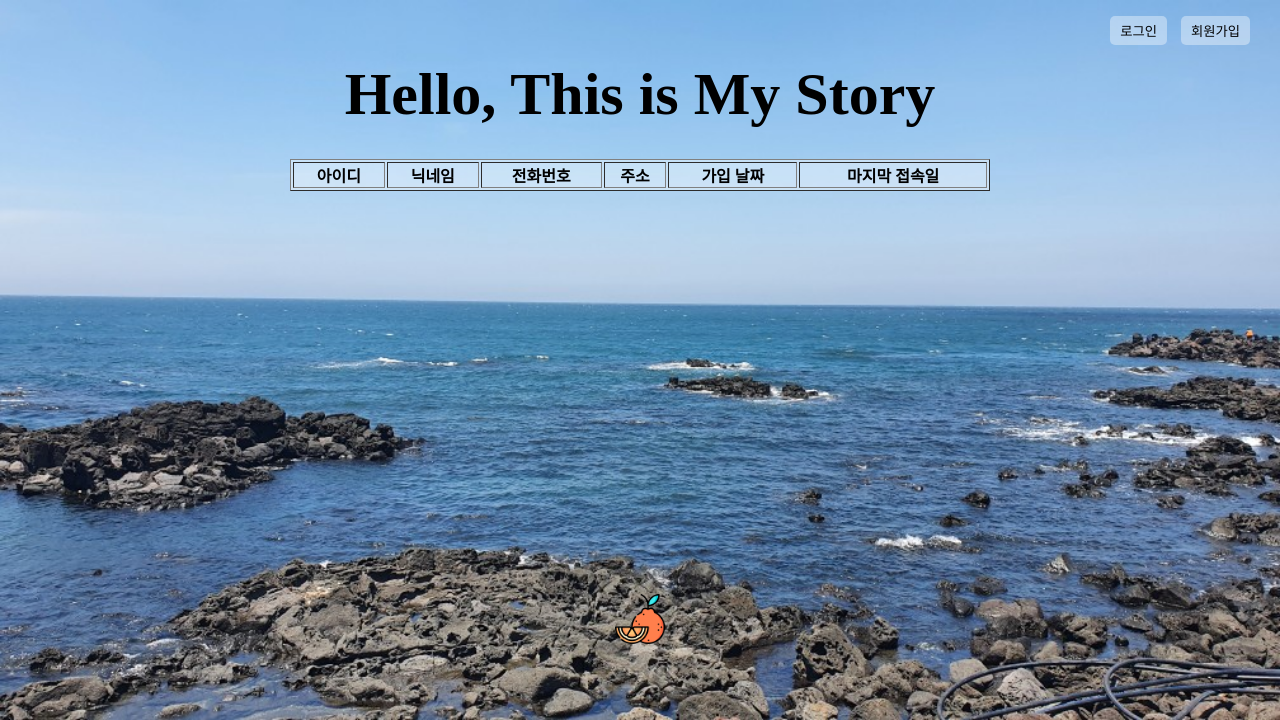
Repository: jeeniii/test2022_12_29
Page: http://localhost/portfolio/member/list.jsp
These files come from the project's save history. The page is drawn as it stood at one moment and after the next save; the edit follows.
The browser window is 1280 px wide. The pictures show the whole page.
The page is served by Tomcat 9. The template is opened directly, without the code that normally fills it, so the values that code supplies are empty.

Above is the page before, as saved 2022-12-14 00:57:49.

After the next save:
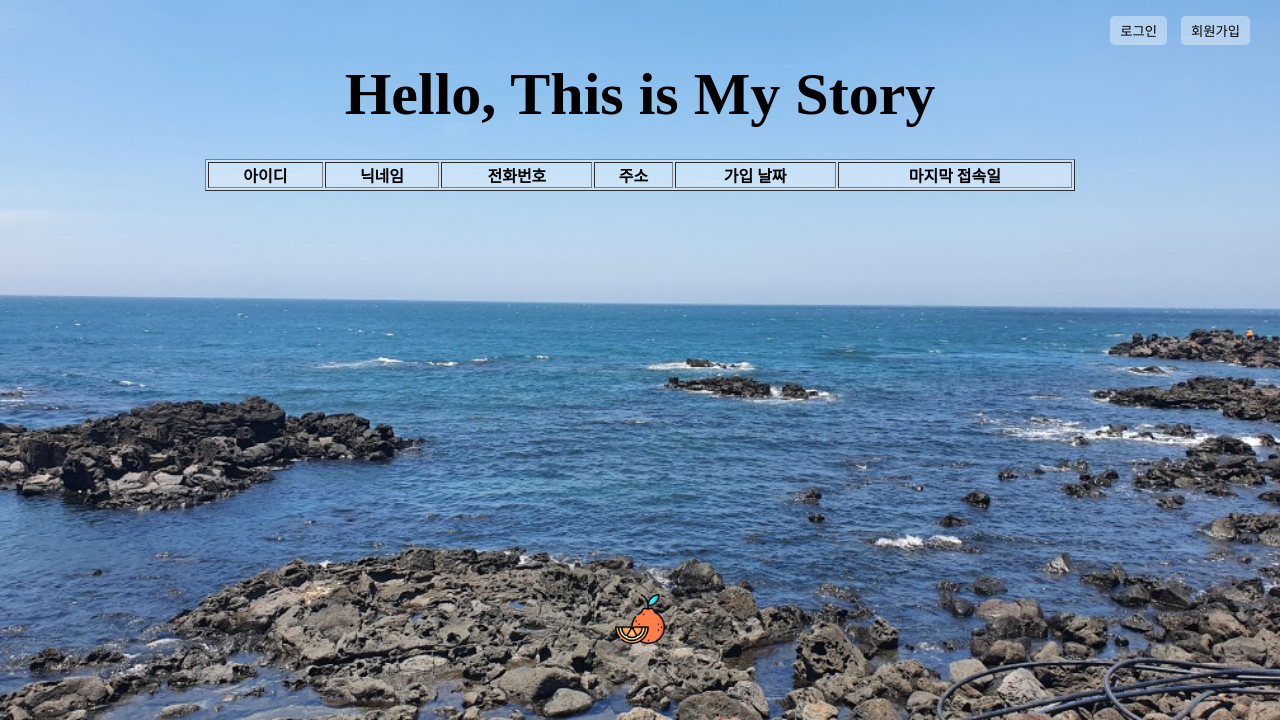
Saved 40 s later.
--- a/JSP_Portfolio/portfolio/src/main/webapp/resources/css/memberlist.css
+++ b/JSP_Portfolio/portfolio/src/main/webapp/resources/css/memberlist.css
@@ -3,7 +3,7 @@
 	margin-top: 30px;
     margin-left:auto;
     margin-right:auto;
-    width: 700px;
+    width: 870px;
     background-color: rgba(255, 255, 255, 0.377);
 }
 .turnup{

After the save that followed:
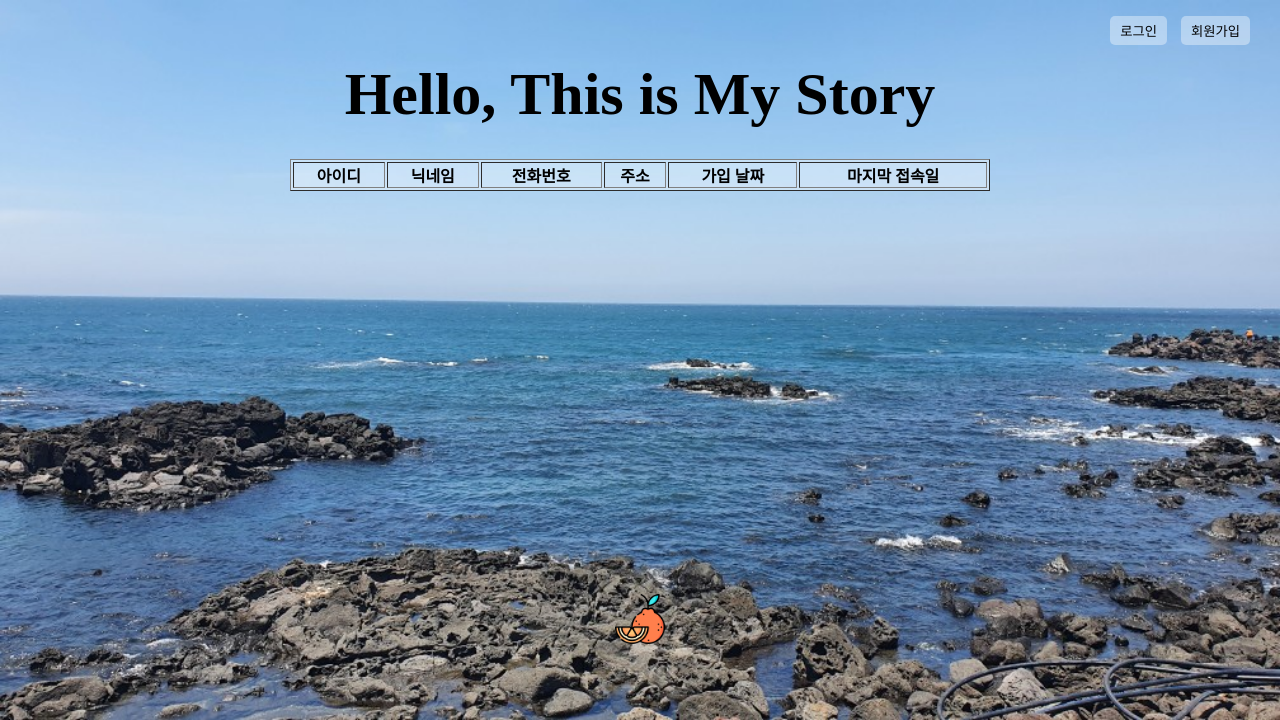
Saved 43 s later.
--- a/JSP_Portfolio/portfolio/src/main/webapp/resources/css/memberlist.css
+++ b/JSP_Portfolio/portfolio/src/main/webapp/resources/css/memberlist.css
@@ -3,7 +3,7 @@
 	margin-top: 30px;
     margin-left:auto;
     margin-right:auto;
-    width: 870px;
+    width: 700px;
     background-color: rgba(255, 255, 255, 0.377);
 }
 .turnup{
